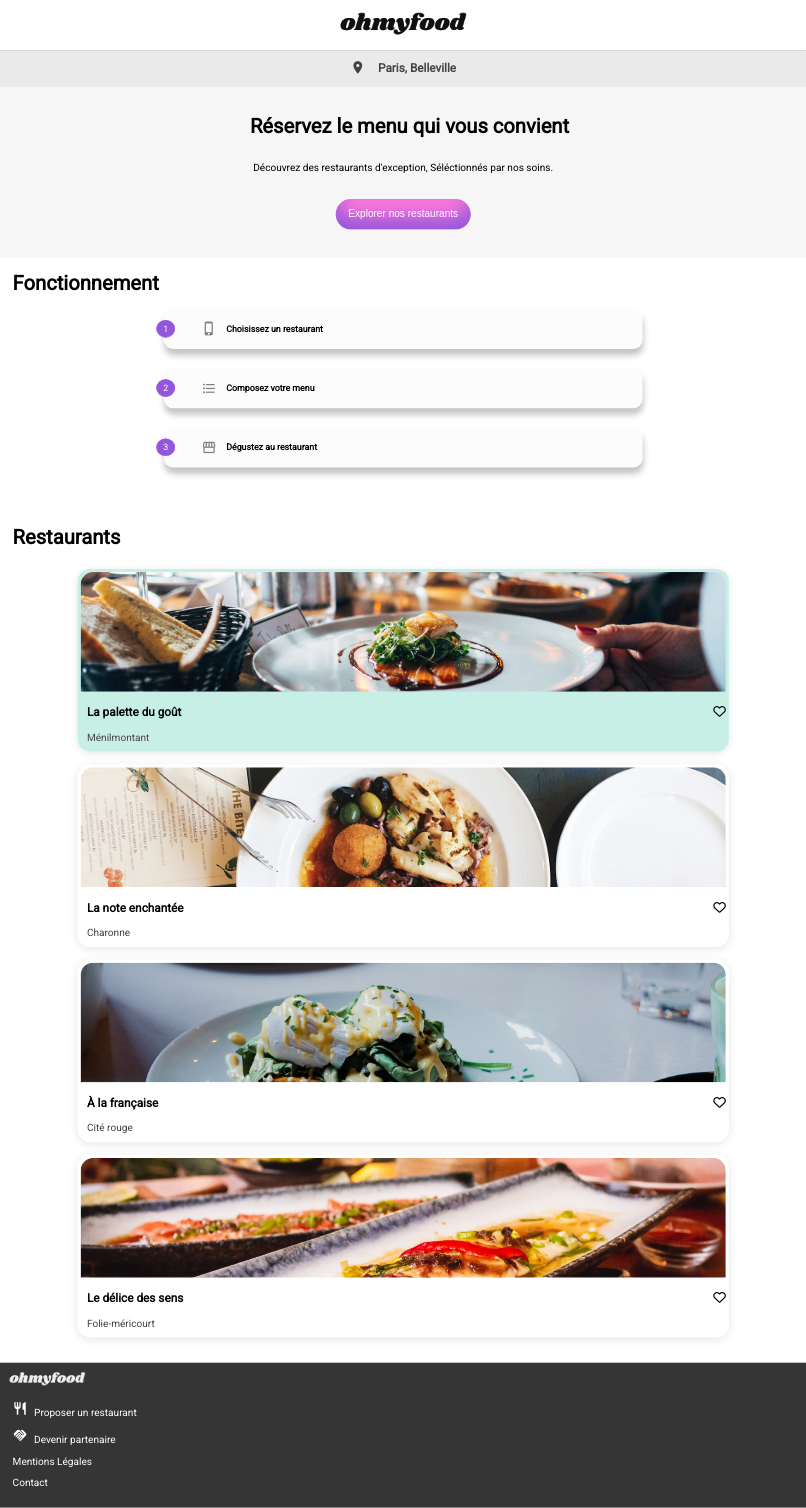
Repository: Liinseyy/Liinseyy
Page: ohmyfood/index.html
The author's editor kept a copy of each file at every save. The page is drawn from the files as they stood at one save, then again after the next save.
The browser window is 1280 px wide. The pictures show the whole page, at 63% of full size.
The pointer rests on the first visible `.blockrestaurants`.
Some web libraries are served in a nearby version. The style sheet was rebuilt from its Sass, Less or Tailwind sources for each picture, by a compiler version that may differ from the author's.

Above is the page before, as saved 2022-04-26 10:43:15.

After the next save:
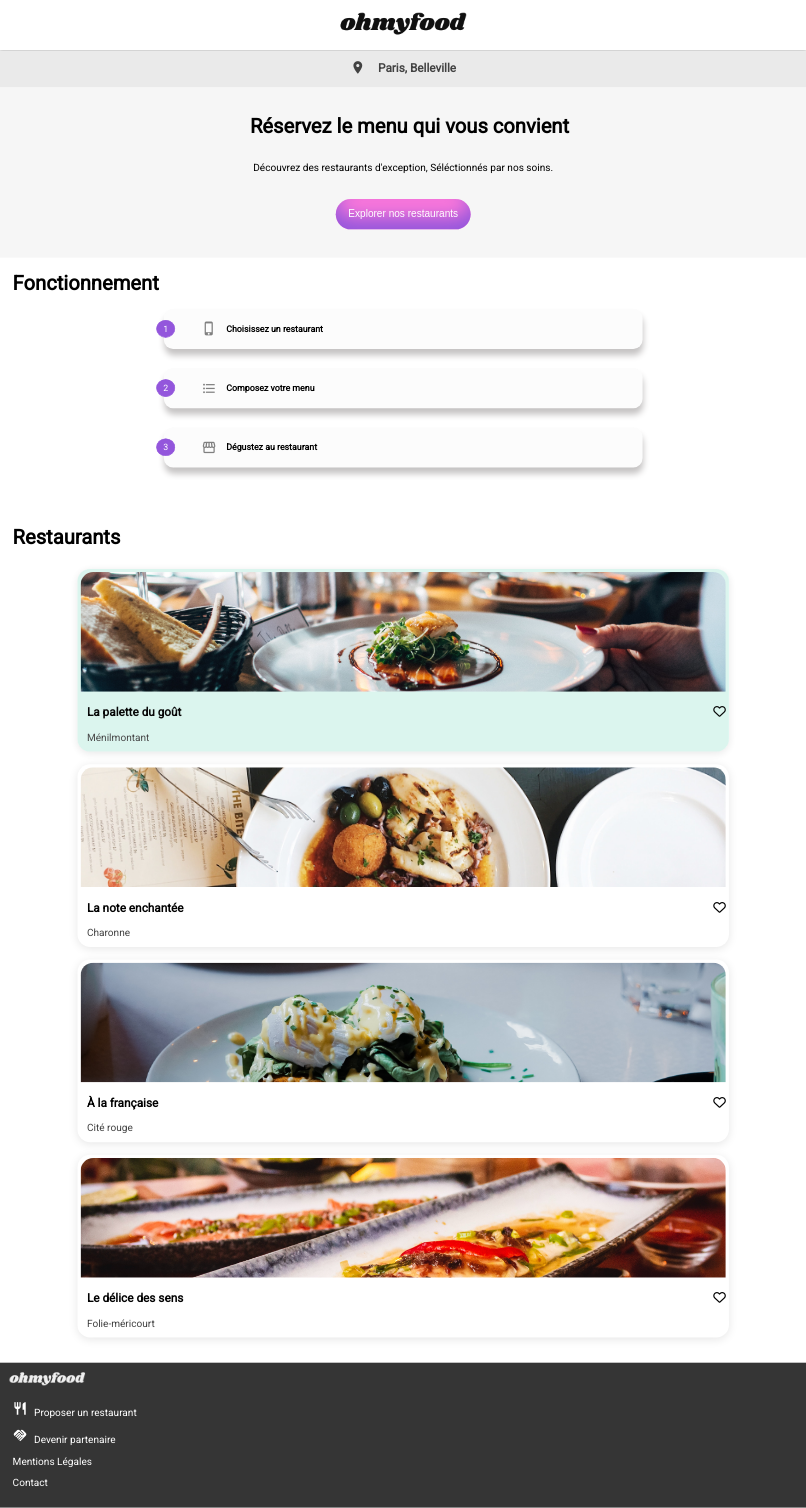
Saved 7 s later.
--- a/ohmyfood/sass/style.scss
+++ b/ohmyfood/sass/style.scss
@@ -152,7 +152,7 @@ h1{
     opacity:1;
     -webkit-animation: flash 2s;
     animation:flash 2s;
-    background-color: #99e2d08c;
+    background-color: #99e2d05b;
 }
 .blockrestaurants{
     display:flex;
